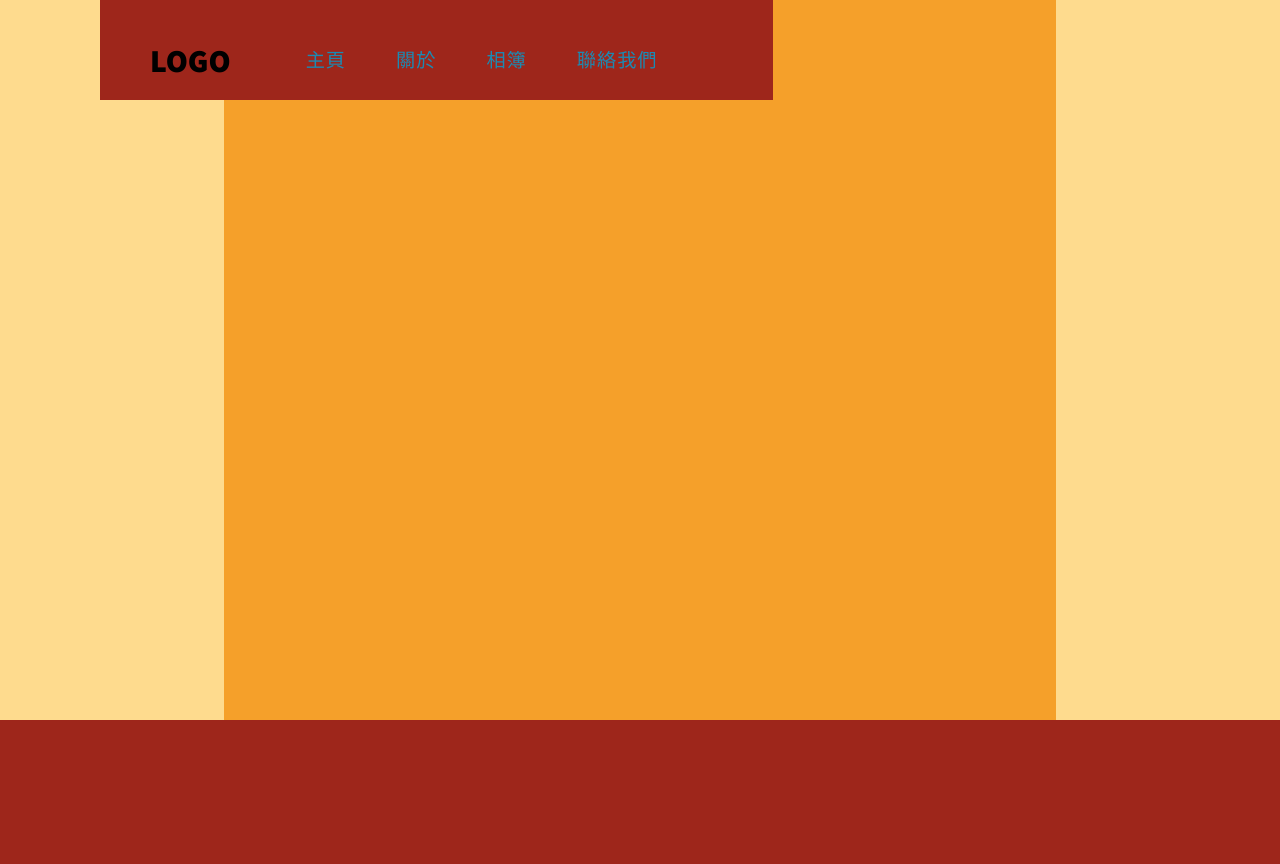
Repository: KevinYu0515/guanghui-food-website
Page: /
These files come from the project's save history. The page is drawn as it stood at one moment and after a run of saves; the edit follows.
The browser window is 1280 px wide. The pictures show the whole page.
The project was rebuilt for these pictures with package versions that can differ from the ones it lists, and the page was loaded fresh each time. Also part of the build but not shown: vue.config.js.

Above is the page before, as saved 2022-03-17 14:49:07.

### src/App.vue
<template>
  <div class="app">
    <Navbar></Navbar>
      <router-view/>
    <Footer></Footer>
  </div>
</template>

<script>
import Navbar from './components/Navbar.vue';
import Footer from './components/Footer.vue';
export default {
  name:"App",
  components:{
    Navbar,
    Footer
  }
}
</script>

<style lang="scss">
@import url('https://fonts.googleapis.com/css2?family=Assistant:wght@800&family=Quicksand&family=Ubuntu&display=swap');
* {
  font-family: 'Assistant', Helvetica, Arial, sans-serif;
  background-color: #FEDB8E;
  justify-content: center;
  align-items: center;
  margin:0;
}
</style>

### src/router/index.js
import { createRouter, createWebHistory } from 'vue-router'
import Home from '../views/Home.vue'

const routes = [
  {
    path: '/',
    name: 'Home',
    component: Home
  },
  {
    path: '/home',
    component: Home
  },
  {
    path: '/about',
    name: 'About',
    component: Home
  },
  {
    path: '/picture',
    name: 'Picture',
    component: Home
  },
  {
    path: '/contact',
    name: 'Contact',
    component: Home
  }
]

const router = createRouter({
  history: createWebHistory(process.env.BASE_URL),
  routes
})

export default router

### src/components/Navbar.vue
<template>
    <div id="header">
      <router-link to="/" class="logo">Logo</router-link>
      <ul>
          <li><router-link to="/home">主頁</router-link> </li>
          <li><router-link to="/about">關於</router-link> </li>
          <li><router-link to="/picture">相簿</router-link> </li>
          <li><router-link to="/contact">聯絡我們</router-link> </li>
      </ul>
    </div>
</template>

<script>
export default {
  name: 'Navbar',
}
</script>

<!-- Add "scoped" attribute to limit CSS to this component only -->
<style scoped lang="scss">
@import "@/assets/scss/navbar.scss";
</style>

### src/components/Footer.vue
<template>
  <div class="footer">
  </div>
</template>

<script>
export default {
 name:'Footer',
}
</script>

<style>
.footer{
    background:#9E261B;
    height:20vh;
    width: 100%;
}
</style>

### src/views/Home.vue
<template>
  <div class='home'>
  </div>
</template>

<script>

export default {
  name: 'Home',
}
</script>

<style lang="scss" scoped>
.home{
  margin: 0 auto 0 auto;
  background: #F5A02A;
  width: 65%;
  height: 100vh;
}
.home_picture{
  height:80%;
  width:80%;
}
</style>

### src/assets/scss/navbar.scss

#header{
    position: fixed;
    top: 0;
    left: 100px;
    width:100;
    height: 80px;
    padding: 20px 100px 0px 50px;
    display: flex;
    justify-content: space-between;
    align-items: center;
    background: #9E261B;
    .logo{
      color:rgb(0, 0, 0);
      font-weight: 700;
      text-decoration: none;
      font-size:2em;
      text-transform: uppercase;
      background: none;
    }
    ul{
      display: flex;
      justify-content: center;
      align-items: center;
      background: none;
      li{
        list-style: none;
        margin-left: 20px;
        background: none;
        a{
            color:rgb(27, 138, 179);
            background: none;
            height:50px;
            line-height: 50px;
            display: inline-block;
            text-decoration: none;
            font-size: 1.2em;
            padding: 0 15px;
            letter-spacing: 1px;
            cursor: pointer;
            &:hover{
                color:aliceblue;
                border-radius: 20px;
                background-color: #AF3314;
            }
          }
          a.router-link-exact-active{
              color: #e73727;
          }
        }
      }
  }

Loaded but not shown: public/index.html (common file); src/main.js (common file)

After the next 2 saves:
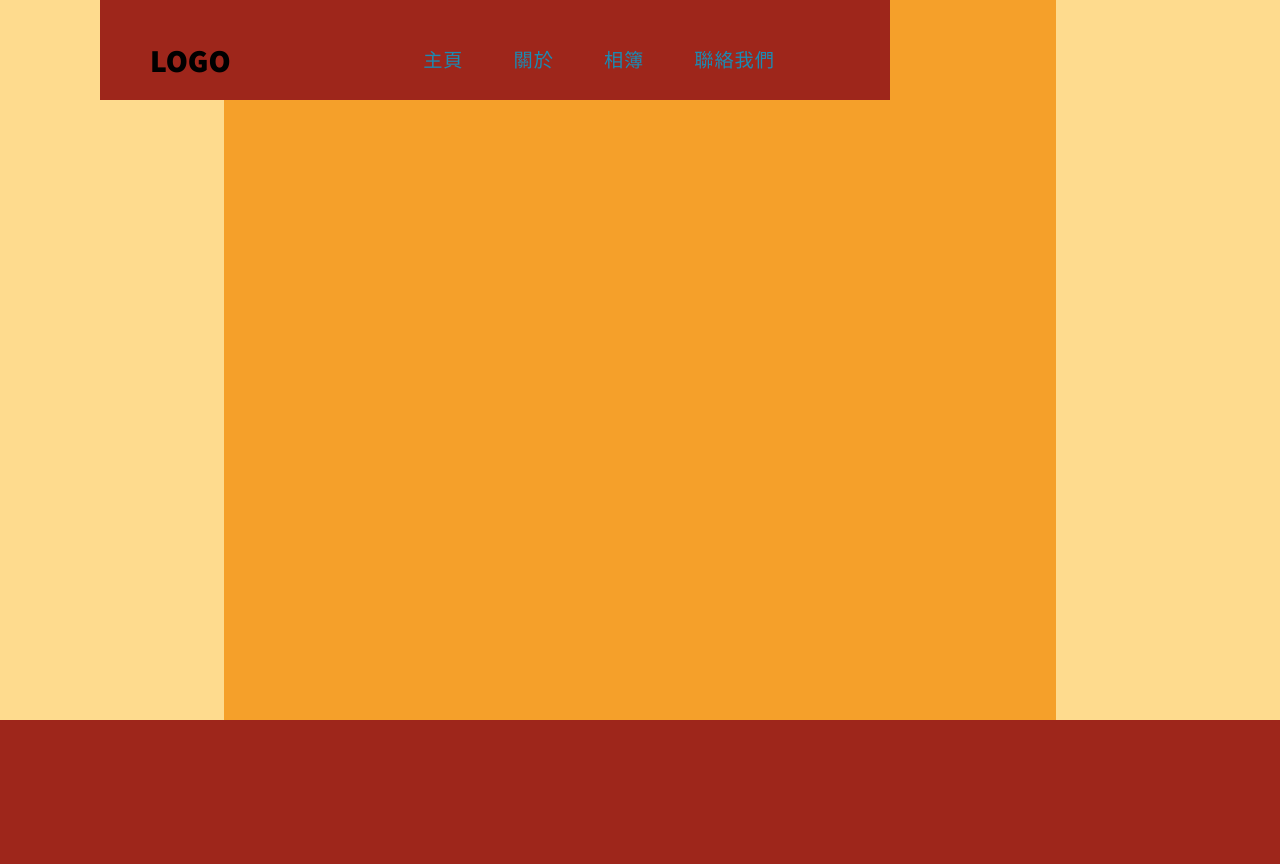
The 2 saves are shown as one change because they came seconds apart.
The last was saved 6 s later.
--- a/src/assets/scss/navbar.scss
+++ b/src/assets/scss/navbar.scss
@@ -3,7 +3,7 @@
     position: fixed;
     top: 0;
     left: 100px;
-    width:100;
+    width:50%;
     height: 80px;
     padding: 20px 100px 0px 50px;
     display: flex;
